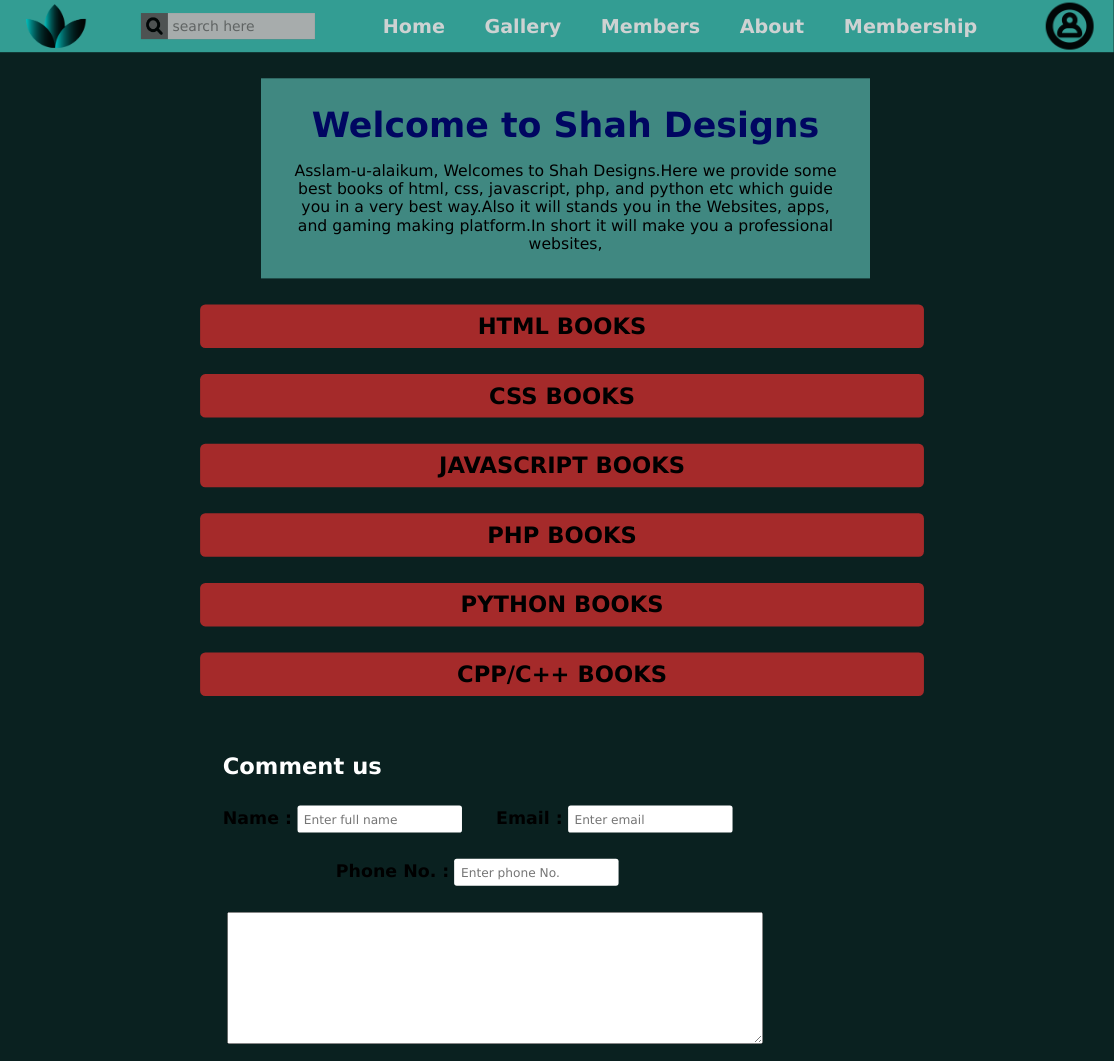
Repository: RawahaMR11/my_assignments
Page: rawaha computer/Shah Designs web/Shah home page.html
These files come from the project's save history. The page is drawn as it stood at one moment and after the next save; the edit follows.
The browser window is 1280 px wide. The pictures show the whole page, at 87% of full size.

Above is the page before, as saved 2024-12-13 09:11:29.

### rawaha computer/Shah Designs web/Shah home page.html
<!DOCTYPE html>
<html lang="en">
<head>
      <meta charset="UTF-8">
      <meta name="viewport" content="width=device-width, initial-scale=1.0">
      <title>Shah Designs</title>
      <link rel="stylesheet" href="Shah home page.css">
</head>
<body>
<div class="my-display">
      <header>
            <div class="logo">
                  <img src="logo.png" alt="Shah Designs logo">
            </div><!--end logo-->
            <div class="search">
                  <img src="search.png" alt="Search-icon">
                  <input type="text" placeholder="search here">
            </div><!--end search-->
            <div class="home">
                  <a href="Shah home page.html">Home</a>
            </div><!--end home-->
            <div class="gallery">
                  <a href="#">Gallery</a>
            </div><!--end gallery-->
            <div class="members">
                  <a href="#">Members</a>
            </div><!--end members -->
            <div class="about">
                  <a href="#">About</a>
            </div><!--end about-->
            <div class="membership">
                  <a href="#">Membership</a>
            </div>
            <div class="login">
                  <img src="sign in.png" alt="Login">
            </div><!--end login-->
      </header>


      <div class="wrapper">
            <div id="welcome">
                  <h1>Welcome to Shah Designs</h1><br>
                  <p>Asslam-u-alaikum, Welcomes to Shah Designs.Here we provide some best books of html, css, javascript, php, and python etc which guide you in a very best way.Also it will stands you in the Websites, apps, and gaming making platform.In short it will make you a professional websites, </p>
            </div><!--end welcome-->
      </div><!--end wrapper-->


      <div class="html-books">
            <p>HTML BOOKS</p>
      </div>
      <div class="css-books">
            <p>CSS BOOKS</p>
      </div>
      <div class="javascript-books">
            <p>JAVASCRIPT BOOKS</p>
      </div>
      <div class="php-books">
            <p>PHP BOOKS</p>
      </div>
      <div class="python-books">
            <p>PYTHON BOOKS</p>
      </div>
      <div class="Cpp-books">
            <p>CPP/C++ BOOKS</p>
      </div>



      <div class="datail">

      </div>



      <div class="comment">
            <h2>Comment us</h2>
            <label for="name">Name :</label><input type="text" placeholder="Enter full name">
            <label for="name" id="email-label">Email :</label><input type="email" placeholder="Enter email">
            <label for="name" id="phone-label">Phone No. :</label><input type="text" placeholder="Enter phone No.">
            <textarea name="comment" id="comment"></textarea>
      </div>
</div>
</body>
</html>

### rawaha computer/Shah Designs web/Shah home page.css
* {
      margin: 0;
      padding: 0;
}
body {
      display: block;
      font-size: 14px;
      background-color: rgb(10, 33, 32);
}
.my-display {
      width: 80%;
      margin: 0 auto;
      height: 100%;
      width: 100%;
}
/* css for opening my page on tablets (screens with width <=768px) */
@media screen and (max-width: 768px) {
      body {
            font-size: 16px;
      }
      .my-display {
            width: 100%;
      }
}
/* css for opening my page on laptops,pcs etc (screens with width <=1080px) */
@media screen and (max-width: 1080px) {
      body {
            font-size: 14px;
      }
      .my-display {
            width: 100%;
      }
}
/* css for opening my page on phones (screens with width <=480px) */
@media screen and (max-width: 480px) {
      body {
            font-size: 10px;
      }
      .my-display {
            width: 100%;
      }
}
header {
      width: 100%;
      height: 60px;
      display: flex;
      align-items: center;
      background-color: rgb(62, 188, 176);
      opacity: 80%;
      gap: 31.5px;
}
.logo {
      height: 83%;
      width: 70px;
      margin: 0 30px 0;
}
.logo img {
      height: 100%;
      width: 100%;
}
.search {
      width: 200px;
      height: 30px;
      background-color: rgb(95, 95, 95);
      display: flex;
      align-items: center;
      justify-content: space-evenly;
}
.search img {
      width: 10%;
      height: 65%;
      padding: 6px;
}
.search input {
      width: 90%;
      padding: 5.34px;
      border: none;
      outline: none;
      background-color: rgb(207, 207, 207);
      font-family: Verdana, Geneva, Tahoma, sans-serif;
      font-size: 16px;
}
.home {
      font-family: Verdana, Geneva, Tahoma, sans-serif;
      font-size: 22px;
      margin-left: 40px;
      padding: 7px;
}
.home:hover {
      background-color: rgb(161, 161, 161);
}
.home a {
      text-decoration: none;
      font-weight: 700;
      color: white;
}
.gallery {
      font-family: Verdana, Geneva, Tahoma, sans-serif;
      font-size: 22px;
      padding: 7px;
}
.gallery:hover {
      background-color: rgb(161, 161, 161);
}
.gallery a {
      text-decoration: none;
      font-weight: 700;
      color: white;
}
.members {
      font-family: Verdana, Geneva, Tahoma, sans-serif;
      font-size: 22px;
      padding: 7px;
}
.members:hover {
      background-color: rgb(161, 161, 161);
}
.members a {
      text-decoration: none;
      font-weight: 700;
      color: white;
}
.about {
      font-family: Verdana, Geneva, Tahoma, sans-serif;
      font-size: 22px;
      padding: 7px;
}
.about:hover {
      background-color: rgb(161, 161, 161);
}
.about a {
      text-decoration: none;
      font-weight: 700;
      color: white;
}
.membership {
      font-family: Verdana, Geneva, Tahoma, sans-serif;
      font-size: 22px;
      padding: 7px;
}
.membership:hover {
      background-color: rgb(161, 161, 161);
}
.membership a {
      text-decoration: none;
      font-weight: 700;
      color: white;
}
.login {
      height: 90%;
      width: 55px;
      float: right;
      margin-left: 40px;
}
.login img {
      height: 100%;
      width: 100%;
      cursor: pointer;
}
.wrapper {
      width: 50%;
      height: auto;
      display: flex;
      align-items: center;
      justify-content: center;
      margin-top: 30px;
      background-color: rgb(64, 136, 129);
      padding: 30px;
      margin-left: 300px;
}
#welcome {
      width: 100%;
      font-family: Verdana, Geneva, Tahoma, sans-serif;
      font-size: 16px;
}
#welcome h1 {
      text-align: center;
      color: rgb(0, 6, 97);
      font-size: 40px;
}
#welcome p {
      text-align: center;
      font-size: 18px;
      font-family: Verdana, Geneva, Tahoma, sans-serif;
}
.html-books {
      height: 50px;
      width: 65%;
      background-color: brown;
      margin: 30px 230px 0;
      border-radius: 6px;
      display: flex;
      align-items: center;
      justify-content: center;
      cursor: pointer;
}
.html-books p {
      font-family: Verdana, Geneva, Tahoma, sans-serif;
      font-size: 26px;
      font-weight: 700;
}
.css-books {
      height: 50px;
      width: 65%;
      background-color: brown;
      margin: 30px 230px 0;
      border-radius: 6px;
      display: flex;
      align-items: center;
      justify-content: center;
      cursor: pointer;
}
.css-books p {
      font-family: Verdana, Geneva, Tahoma, sans-serif;
      font-size: 26px;
      font-weight: 700;
}
.javascript-books {
      height: 50px;
      width: 65%;
      background-color: brown;
      margin: 30px 230px 0;
      border-radius: 6px;
      display: flex;
      align-items: center;
      justify-content: center;
      cursor: pointer;
}
.javascript-books p {
      font-family: Verdana, Geneva, Tahoma, sans-serif;
      font-size: 26px;
      font-weight: 700;
}
.php-books {
      height: 50px;
      width: 65%;
      background-color: brown;
      margin: 30px 230px 0;
      border-radius: 6px;
      display: flex;
      align-items: center;
      justify-content: center;
      cursor: pointer;
}
.php-books p {
      font-family: Verdana, Geneva, Tahoma, sans-serif;
      font-size: 26px;
      font-weight: 700;
}
.python-books {
      height: 50px;
      width: 65%;
      background-color: brown;
      margin: 30px 230px 0;
      border-radius: 6px;
      display: flex;
      align-items: center;
      justify-content: center;
      cursor: pointer;
}
.python-books p {
      font-family: Verdana, Geneva, Tahoma, sans-serif;
      font-size: 26px;
      font-weight: 700;
}
.Cpp-books {
      height: 50px;
      width: 65%;
      background-color: brown;
      margin: 30px 230px 0;
      border-radius: 6px;
      display: flex;
      align-items: center;
      justify-content: center;
      cursor: pointer;
}
.Cpp-books p {
      font-family: Verdana, Geneva, Tahoma, sans-serif;
      font-size: 26px;
      font-weight: 700;
}
.comment {
      width: 50%;
      margin: 50px 240px 0;
      padding: 16px;
}
.comment h2 {
      font-family: Verdana, Geneva, Tahoma, sans-serif;
      font-size: 26px;
      font-weight: 700;
      color: white;
}
.comment label {
      margin-top: 30px;
      font-family: Verdana, Geneva, Tahoma, sans-serif;
      font-size: 20px;
      font-weight: 700;
}
.comment input {
      margin: 30px 6px 0;
      font-family: Verdana, Geneva, Tahoma, sans-serif;
      font-size: 14px;
      padding: 7.5px;
      border: none;
      outline: none;
      border-radius: 3px;
}
#email-label {
      margin-left: 30px;
}
#phone-label {
      margin-left: 130px;
}
.comment textarea {
      width: 96%;
      height: 150px;
      margin: 30px 5px 0;

}

After the next save:
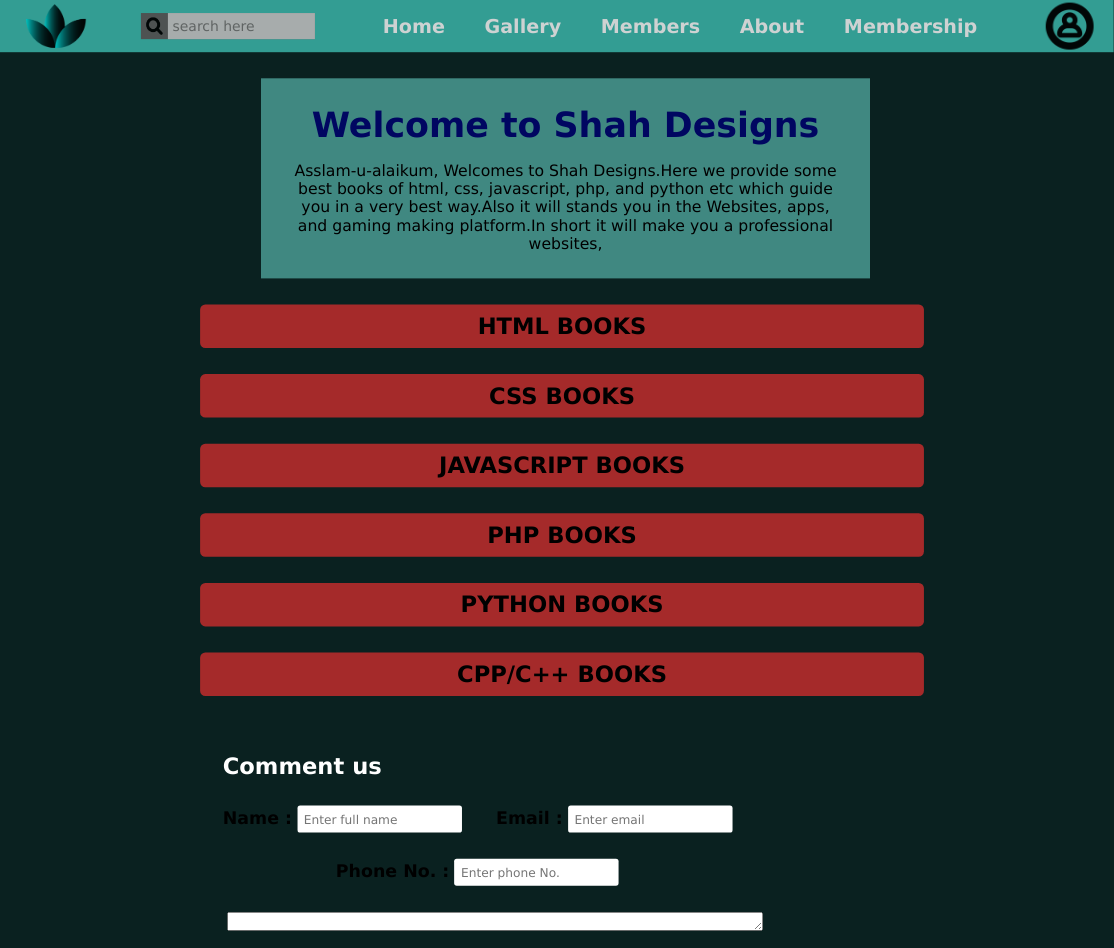
Saved 10 s later.
--- a/rawaha computer/Shah Designs web/Shah home page.css
+++ b/rawaha computer/Shah Designs web/Shah home page.css
@@ -313,7 +313,7 @@ header {
 }
 .comment textarea {
       width: 96%;
-      height: 150px;
+      height: 20px;
       margin: 30px 5px 0;
 
 }
